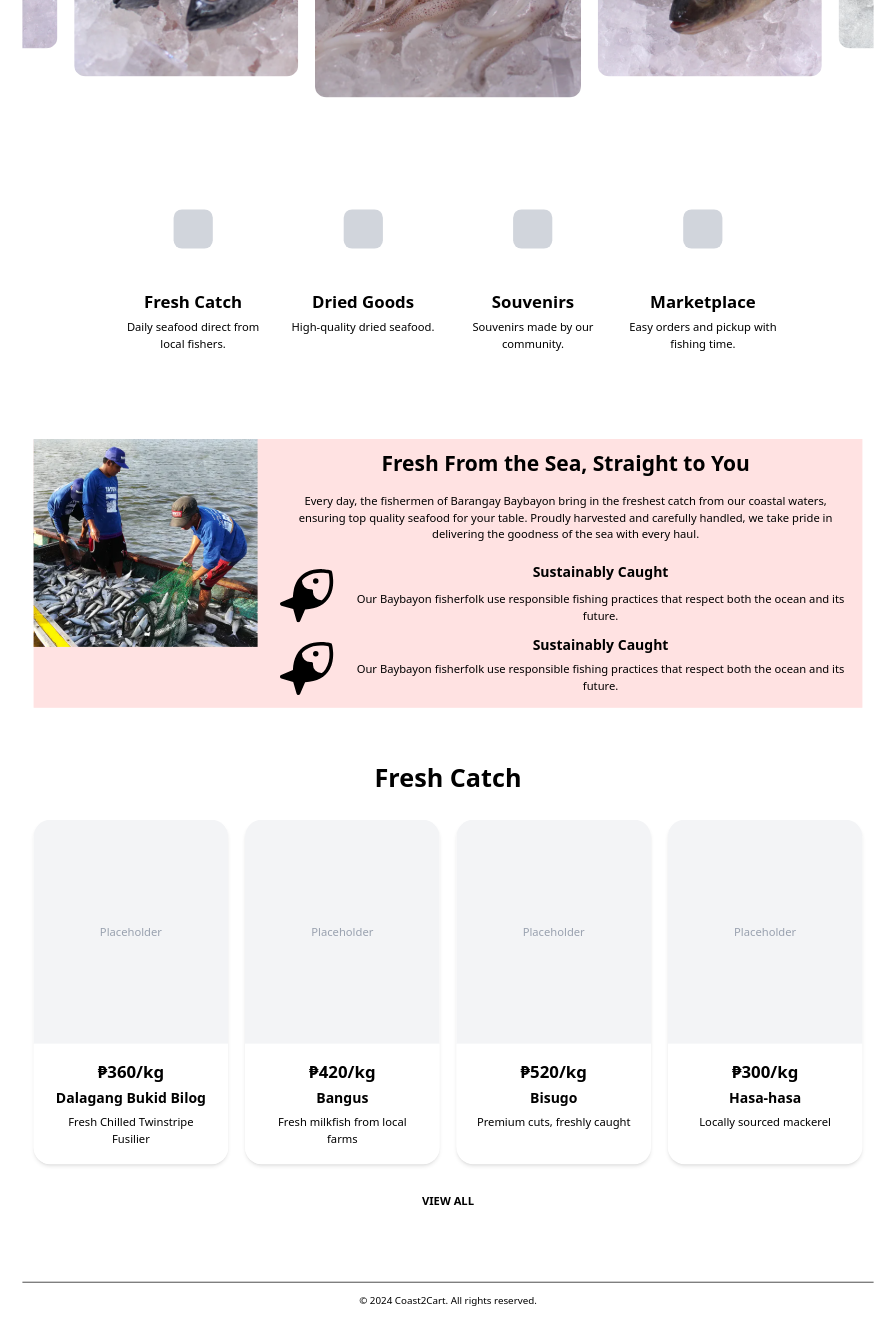
Repository: Coast2Card/coast2cart-frontend
Page: /
An editor plug-in stored every save of this project. The page is shown before and after the next save, followed by the edit.
The browser window is 1280 px wide. The pictures show the part of the page from y = 973 to 2893 px (the page is 2889 px tall before and 2893 px after), at 70% of full size.
The project was rebuilt for these pictures with package versions that can differ from the ones it lists, and the page was loaded fresh each time. Also part of the build but not shown: vite.config.js, src/pages/Seafood.jsx, src/pages/Souvenirs.jsx, src/pages/About.jsx, src/pages/Cart.jsx, src/pages/Profile.jsx, src/pages/Colors.jsx.

Above is the page before, as saved 2025-09-07 15:49:26.

After the next save:
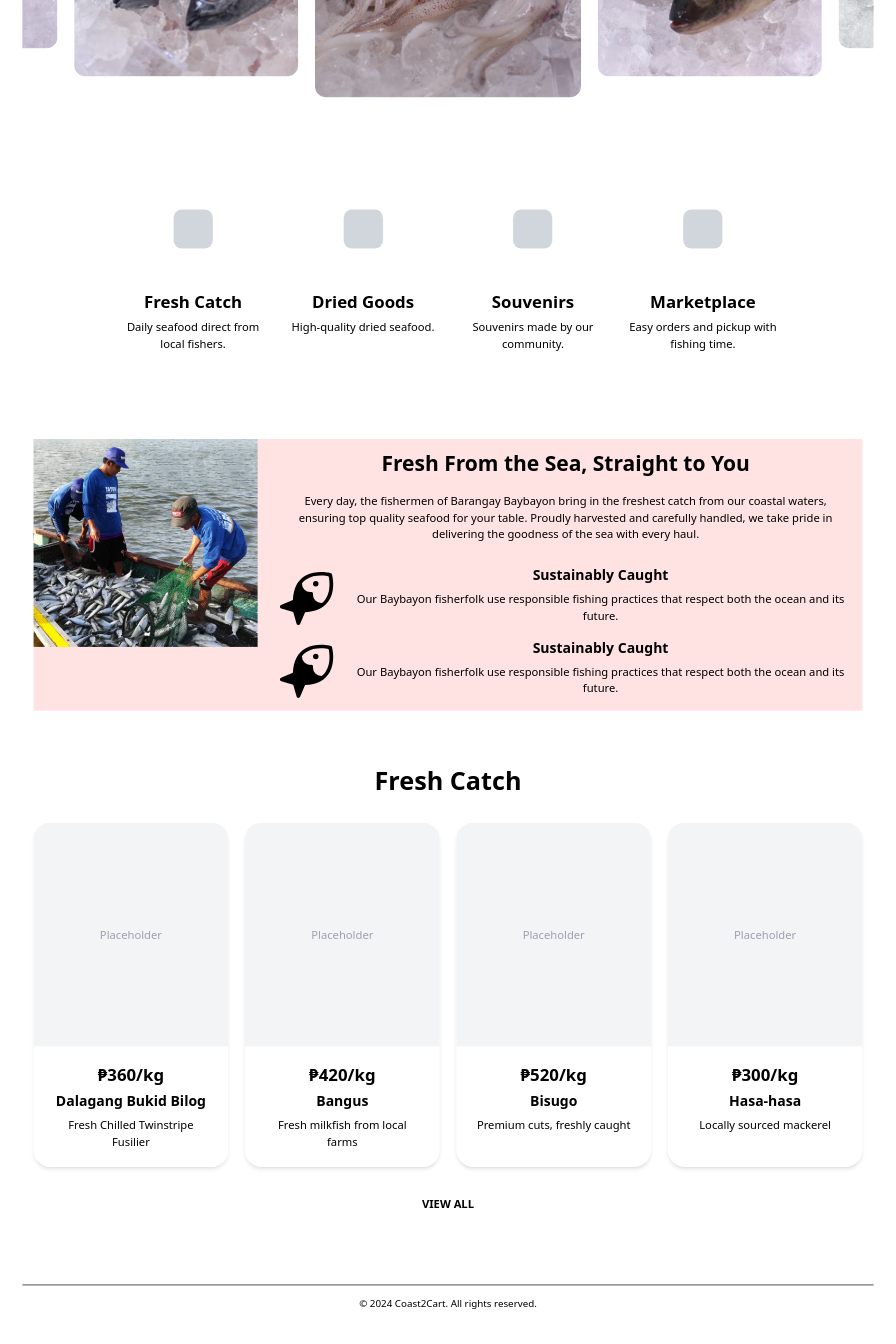
Saved 5 s later.
--- a/src/components/home/HomeGallery.jsx
+++ b/src/components/home/HomeGallery.jsx
@@ -11,7 +11,7 @@ const HomeGallery = () => {
         <h2 className="font-bold text-3xl text-primary mb-2">
           Fresh From the Sea, Straight to You
         </h2>
-        <p className="text-md mb-3">
+        <p className="text-md mb-4">
           Every day, the fishermen of Barangay Baybayon bring in the freshest
           catch from our coastal waters, ensuring top quality seafood for your
           table. Proudly harvested and carefully handled, we take pride in
@@ -22,7 +22,7 @@ const HomeGallery = () => {
             <FishIcon />
           </div>
           <div className="flex flex-col">
-            <h3 className="font-bold text-xl mb-3">Sustainably Caught</h3>
+            <h3 className="font-bold text-xl mb-2">Sustainably Caught</h3>
             <p className="text-black">
               Our Baybayon fisherfolk use responsible fishing practices that
               respect both the ocean and its future.
